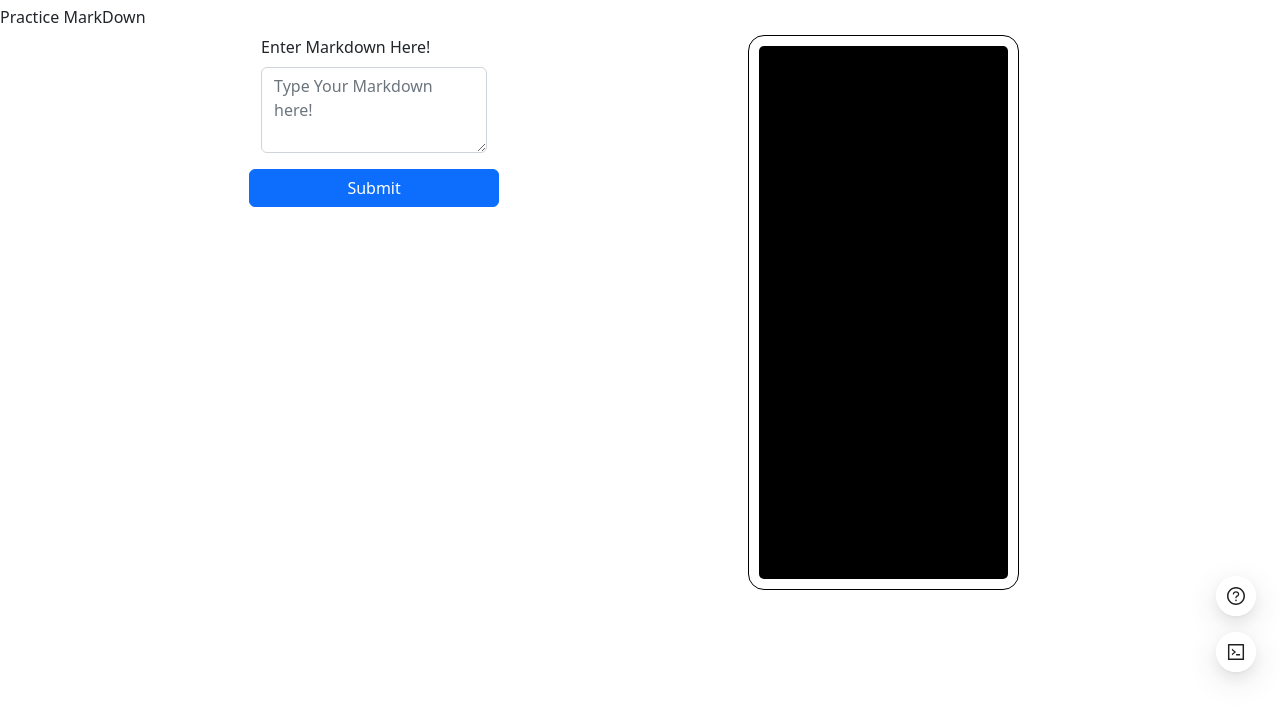
Repository: devkthines/md-editor
Page: /
The author's editor kept a copy of each file at every save. The page is drawn from the files as they stood at one save, then again after a run of saves.
The browser window is 1280 px wide. The pictures show the whole page.
The project was rebuilt for these pictures with package versions that can differ from the ones it lists, and the page was loaded fresh each time. Also part of the build but not shown: src/pages/preview.js, src/components/navbar.js, src/pages/home.js.

Above is the page before, as saved 2023-12-06 21:37:52.

### src/App.js
import Preview from './pages/preview';
import Editor from './pages/editor';
import NavBar from './components/navbar';
import { BrowserRouter, Routes, Route } from "react-router-dom";
import About from './pages/home';
import 'bootstrap/dist/css/bootstrap.min.css';
import './styles/style.css'
function App() {
  return (
    <BrowserRouter>
    {/* <NavBar/> */}
      <Routes>
    {/* <Route path='/edit' element={<Editor/>}/> */}
    <Route index  element={<Editor/>}/>
    {/* <Route path='/about' element={<About/>}/> */}

      </Routes>
    </BrowserRouter>

  );
}

export default App;

### src/pages/editor.js
import { useState, useEffect } from 'react';
import { marked } from 'marked';
import Button from 'react-bootstrap/Button';
import Form from 'react-bootstrap/Form';
import Row from 'react-bootstrap/Row';
import Col from 'react-bootstrap/Col';
import { QuestionCircleOutlined, CodeOutlined } from '@ant-design/icons';
import { FloatButton,Modal  } from 'antd';

const App = () => {
    const [isModalOpen, setIsModalOpen] = useState(false);
    const showModal = () => {
      setIsModalOpen(true);
    };
    const handleOk = () => {
      setIsModalOpen(false);
    };
    const handleCancel = () => {
      setIsModalOpen(false);
    };

    // Modal Two Example
    const [isModalTwoOpen, setIsModalTwoOpen] = useState(false);
    const showModalTwo = () => {
      setIsModalOpen(true);
    };
    const handleOkTwo = () => {
      setIsModalOpen(false);
    };
    const handleCancelTwo = () => {
      setIsModalOpen(false);
    };
return ( <>
    <FloatButton.Group
      shape="circle"
      style={{
        right: 24,
      }}
    >
      <FloatButton icon={<QuestionCircleOutlined />} onClick={showModal}/>

      <FloatButton icon={<CodeOutlined />} onClick={showModalTwo}/>
    </FloatButton.Group>
    <Modal title="Basic Modal" open={isModalOpen} onOk={handleOk} onCancel={handleCancel}>
        <p>Some contents...</p>
        <p>Some contents...</p>
        <p>Some contents...</p>
    </Modal>
    <Modal title="Basic Modal" open={isModalTwoOpen} onOk={handleOkTwo} onCancel={handleCancelTwo}>
        <p>Some contents...</p>
        <p>Some contents...</p>
        <p>Some contents...</p>
      </Modal>
    </>
)};


export default function Editor() {
    const [edit, SetEdit] = useState('');
    const [preview, setPreview] = useState('');
    const seePreview = (e) => {
        e.preventDefault();
        console.log(edit);
        setPreview(edit);
        SetEdit('');

    }

    return (<>
    <h1></h1>

    <h6>Practice MarkDown</h6>
        <div className='d-flex justify-content-evenly'>
            <App/>
            <Form>
                <Row> <Form.Group as={Col} className="mb-3" controlId="formBasicPassword">
                    <Form.Label>Enter Markdown Here!</Form.Label>
                    <Form.Control value={edit} onChange={(e) => {
                        setPreview('');
                        SetEdit(e.target.value);

                    }} name="edit" id="editor" as='textarea' placeholder="Type Your Markdown here!" rows={3} />
                </Form.Group></Row>
                <Row><Button as={Col} disabled={!edit} onClick={seePreview} variant="primary" type="submit">
                    Submit
                </Button></Row>


            </Form>
            <div id="mdEdView" dangerouslySetInnerHTML={{ __html: marked.parse(preview) }}>
            </div>
        </div></>
    )
}

### src/styles/style.css
* {
    margin: 0;
    padding: 0;
    box-sizing: border-box;
}

#mdEdView {
    width: 270.71999999999997px;
    height: 554.88px;
    background-color: black;
    background-clip: content-box;
    padding: 10px;
    border: 1px solid black;
    border-radius: 1rem;
    color: white;
}

Loaded but not shown: public/index.html (common file); src/index.js (common file); src/index.css (common file); src/reportWebVitals.js (common file)

After the next 2 saves:
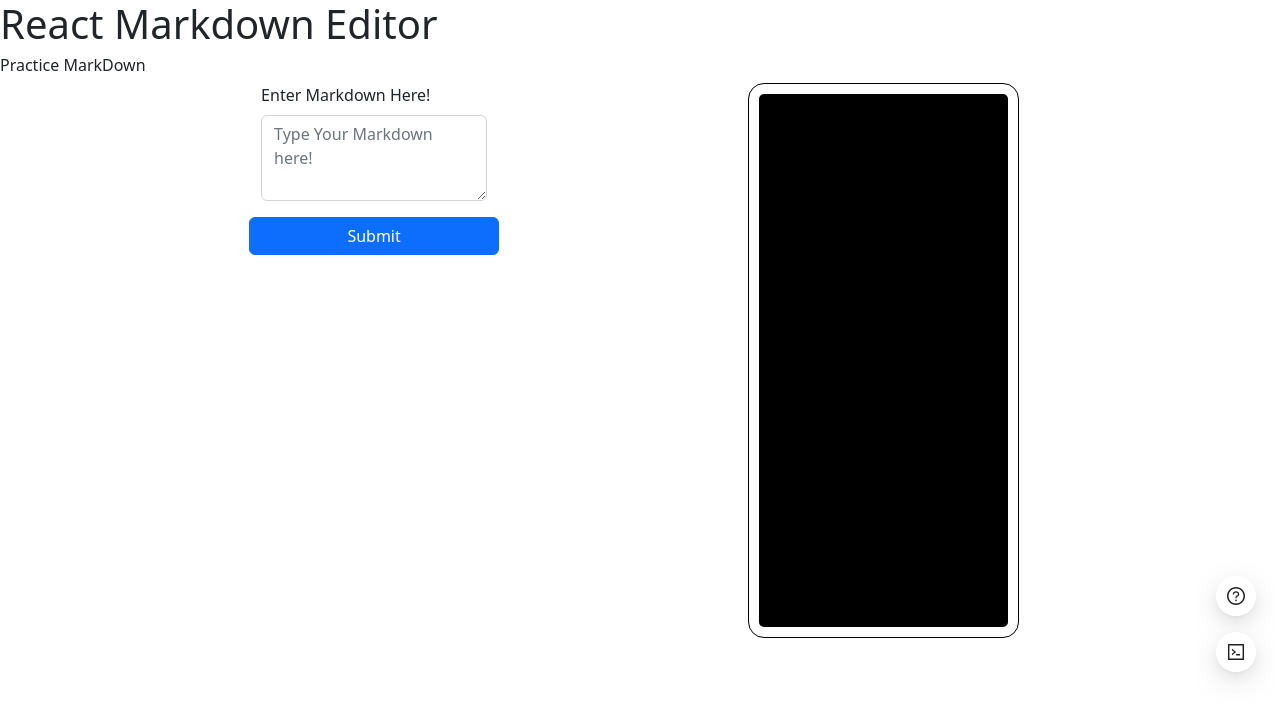
The 2 saves are shown as one change because they came seconds apart.
The last was saved 13 s later.
--- a/src/pages/editor.js
+++ b/src/pages/editor.js
@@ -67,7 +67,7 @@ export default function Editor() {
     }
 
     return (<>
-    <h1></h1>
+    <h1>React Markdown Editor</h1>
 
     <h6>Practice MarkDown</h6>
         <div className='d-flex justify-content-evenly'>
